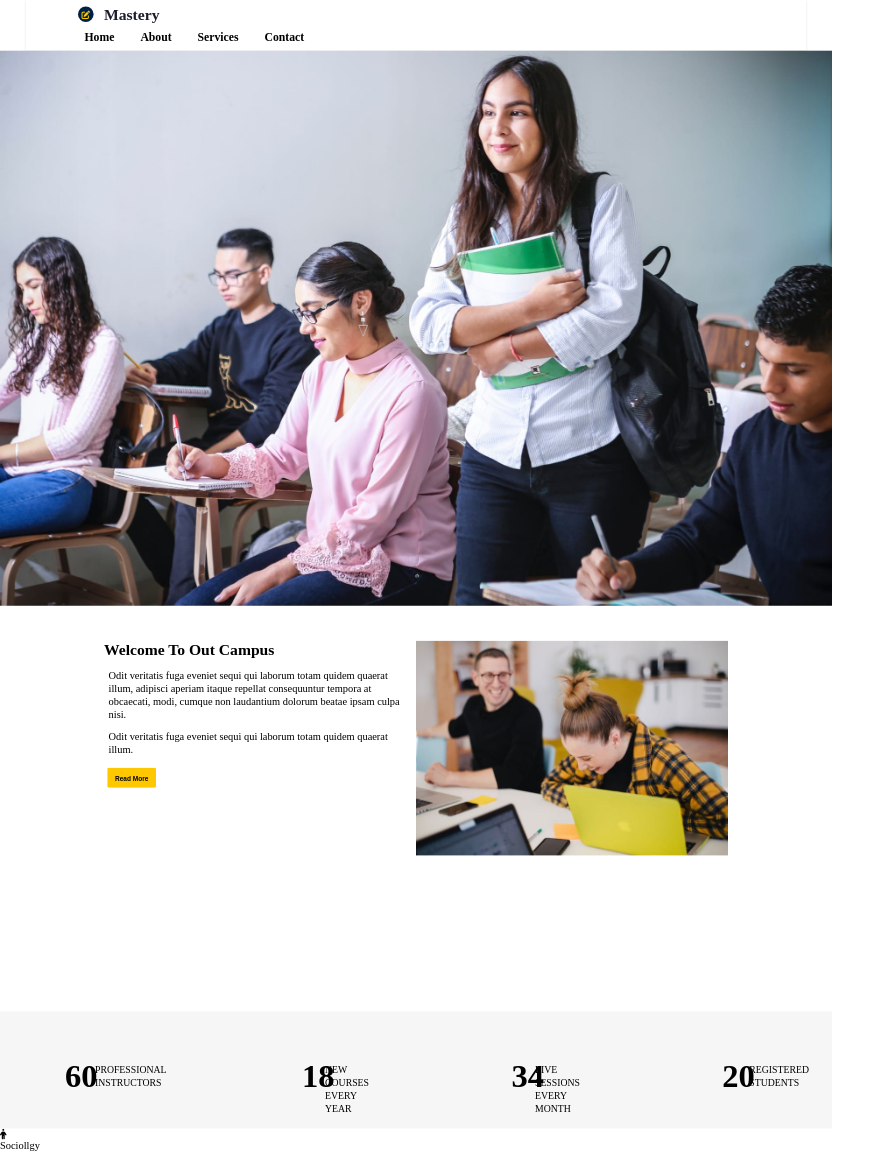
Repository: trminhphuc1504/Mastery
Page: index.html
An editor plug-in stored every save of this project. The page is shown before and after the next save, followed by the edit.
The browser window is 1280 px wide. The page is 1358 px wide, so the pictures cover 1358 px, including what lies to the right of the window. The pictures show the whole page, at 65% of full size.
Some web libraries are served in a nearby version.

Above is the page before, as saved 2024-08-24 12:46:43.

### index.html
<!DOCTYPE html>
<html lang="en">
  <head>
    <meta charset="UTF-8" />
    <meta http-equiv="X-UA-Compatible" content="IE=edge" />
    <meta name="viewport" content="width=device-width, initial-scale=1.0" />

    <!-- Font Awesome -->
    <link
      rel="stylesheet"
      href="https://cdnjs.cloudflare.com/ajax/libs/font-awesome/6.6.0/css/all.min.css"
    />

    <link rel="stylesheet" href="./css/style.css" />
    <title>Mastery</title>
  </head>
  <body>
    <!-- Header -->
    <section id="header">
      <div class="container">
        <header>
          <div class="header-logo">
            <a href="#" class="logo">
              <i class="fa-solid fa-pen-to-square"> </i>
              <span class="header-title">Mastery</span>
            </a>
          </div>

          <nav class="header-nav">
            <ul>
              <li>
                <a href="#">Home</a>
              </li>
              <li>
                <a href="#">About</a>
              </li>
              <li>
                <a href="#">Services</a>
              </li>
              <li>
                <a href="#">Contact</a>
              </li>
            </ul>
          </nav>
        </header>
      </div>
    </section>

    <!-- poster -->
    <section id="poster">
      <div class="poster-img">
        <img src="./images/2.jpg" alt="poster" />
      </div>
    </section>

    <!-- banner -->

    <section id="banner">
      <div class="banner-content">
        <div class="banner-container">
          <div class="banner-item">
            <div id="left">
              <h2 class="banner-title">Welcome To Out Campus</h2>
              <p class="banner-desc">
                Odit veritatis fuga eveniet sequi qui laborum totam quidem
                quaerat illum, adipisci aperiam itaque repellat consequuntur
                tempora at obcaecati, modi, cumque non laudantium dolorum beatae
                ipsam culpa nisi.
              </p>
              <p>
                Odit veritatis fuga eveniet sequi qui laborum totam quidem
                quaerat illum.
              </p>
              <div class="banner-button">
                <button class="banner-btn"><b> Read More </b></button>
              </div>
            </div>
            <div id="right">
              <img src="./images/g1.jpg" alt="banner" />
            </div>
          </div>
        </div>
        <!-- <div class="banner-button">
          <button class="banner-btn"><b> Read More </b></button>
        </div> -->
        <!-- <div id="right">
          <img src="./images/g1.jpg" alt="banner" />
        </div> -->
      </div>
    </section>

    <!-- content -->
    <section id="content">
      <div class="content-container">
        <div class="content-content">
          <div class="content-item">
            <h3>60</h3>
            <p>Professional Instructors</p>
          </div>
          <div class="content-item">
            <h3>18</h3>
            <p>New Courses Every Year</p>
          </div>
          <div class="content-item">
            <h3>34</h3>
            <p>Live Sessions Every Month</p>
          </div>
          <div class="content-item">
            <h3>20</h3>
            <p>Registered Students</p>
          </div>
        </div>
      </div>
    </section>

    <section id="banner">
      <div class="banner-container">
        <div class="banner-content">
          <div class="banner-items">
            <i class="fa-solid fa-person"></i>
            <p>Sociollgy</p>
          </div>
        </div>
      </div>
    </section>
  </body>
</html>

### css/style.css
* {
    margin: 0;
    padding: 0;
    box-sizing: border-box;
}

a{
    text-decoration: none;
}

.container{
    max-width: 1200px;
    margin: auto;
}



/* header .header-logo{
    background-color:pink;
    padding: 20px ;
} */

/* Header */

header{
    background-color:white;
    padding: 10px 0;
    box-shadow: 0 2px 4px rgba(0, 0, 0, 0.1);
}

.header-logo{
    display: flex;
    align-items:center;
    margin-left: 80px;
    margin-bottom: 10px;
}

.logo{
    font-size:24px;
    text-decoration: none;
    text-align: center;

}

.logo i{
    width: 24px;
    height: 24px;
    margin-right: 10px;
    line-height: 24px;
    border-radius:50%;
    background-color:#002146;
    font-size: 13px;
    vertical-align: top;
    color:#FDC800;
    display: inline-block;
}


.header-nav ul{
    list-style: none;
    display: flex;
    gap: 40px;
    display: flex;
    align-items: center;
    margin-left:90px;
}


.logo .header-title{
    color:#1B1D2D;
    font-weight: 700;
}


.header-nav ul li a{
    font-size:18px;
    color:#000;
    font-weight: 600;
}

/* Poster */
.poster-img img{
    width:100%;
}

/* Banner */
.banner-content .banner-container{
    margin:auto;
    width:75%;
    padding-top: 50px;
    padding-bottom: 120px;
}

 .banner-content .banner-container .banner-item #left{
    float:left;
    width: 50%;
}

 /* .banner-content .banner-container{
    padding-top: 50px;
} */

.banner-content .banner-container .banner-item #right{
    float:right;
    width: 50%;
}

 .banner-content .banner-container .banner-item #right img{
    width: 100%;
}

.banner-content .banner-container .banner-item #left .banner-title{
    padding-bottom: 10px;
}

/* .banner-content .banner-container .banner-item #left .banner-title .banner-desc p{
    margin-bottom: 30px;
    margin-top: 20px;
} */

#left p{
    padding: 7px;
    line-height: 20px;
    /* margin-top: px; */
}



.banner-button .banner-btn{
    background-color:#FDC800;
    padding: 5px 10px;
    font-weight: 400;
    font-size: 15px;
    outline: none;
    border:2px solid transparent;
    margin: 10px 5px;
    border-radius:5%;
}

.banner-button .banner-btn b{
    font-size: 10px;
}


/* Content */
#content {
    margin-top: 450px;
    background-color: #F6F6F6;
    height: 180px;
}

.content-container .content-content{
    display: flex;
    --number-item:4
    --gap:50px
    gap: var(--gap);
    /* gap:50px; */
}

.content-content .content-item{
    display: flex;
    gap:5px;
    padding: 70px 100px;
    width: calc((100% - calc(var(--number-item) - 1) * var(--gap)) / var(--number-item));
}



.content-content .content-item h3{
    font-size: 50px;
    width: 25%;
}

.content-content .content-item p{
    text-transform: uppercase;
    font-size: 15px;
    padding-top: 10px;
    width: 50%;
    font-weight: 500;
    line-height: 20px;
}

After the next save:
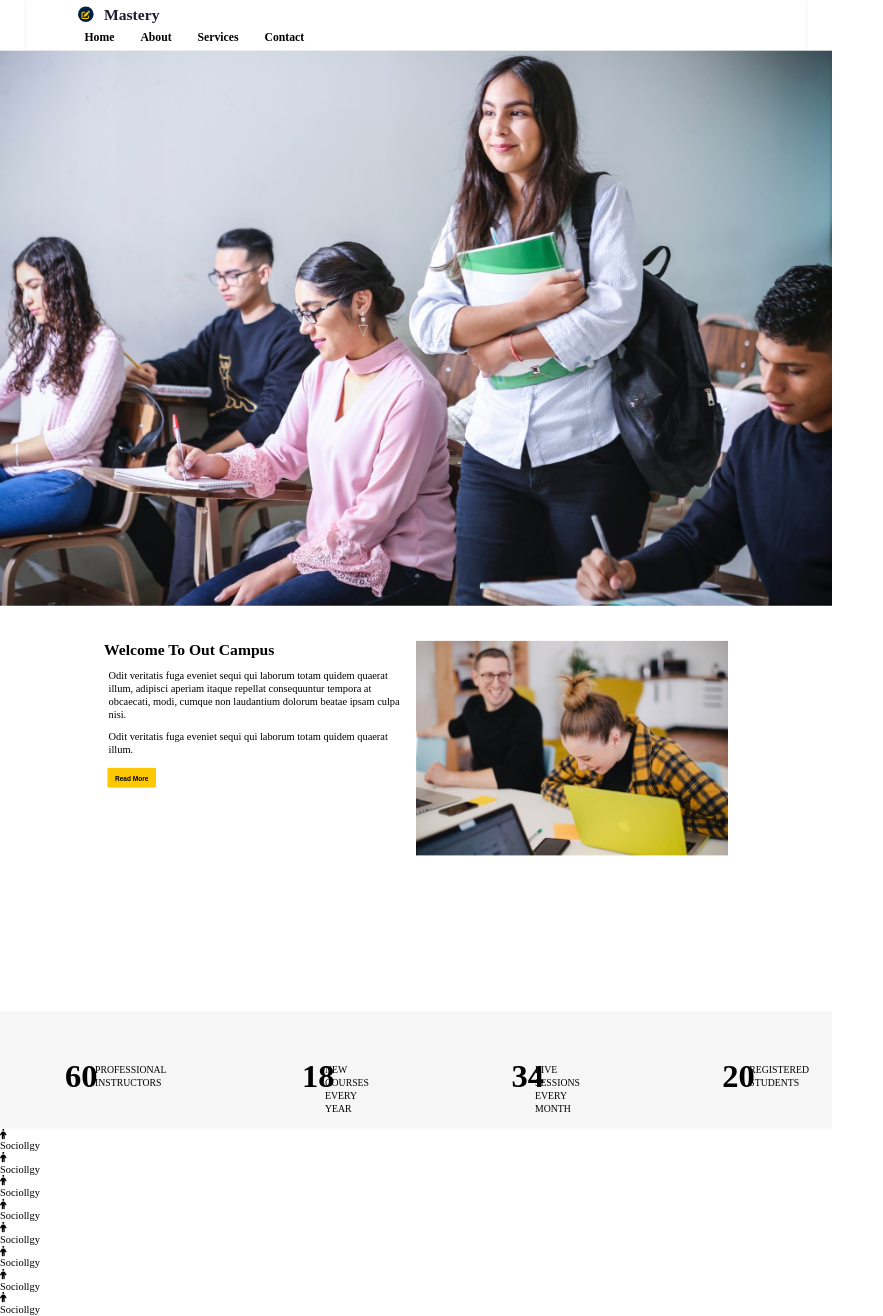
Saved 15 s later.
--- a/index.html
+++ b/index.html
@@ -120,6 +120,34 @@
             <i class="fa-solid fa-person"></i>
             <p>Sociollgy</p>
           </div>
+          <div class="banner-items">
+            <i class="fa-solid fa-person"></i>
+            <p>Sociollgy</p>
+          </div>
+          <div class="banner-items">
+            <i class="fa-solid fa-person"></i>
+            <p>Sociollgy</p>
+          </div>
+          <div class="banner-items">
+            <i class="fa-solid fa-person"></i>
+            <p>Sociollgy</p>
+          </div>
+          <div class="banner-items">
+            <i class="fa-solid fa-person"></i>
+            <p>Sociollgy</p>
+          </div>
+          <div class="banner-items">
+            <i class="fa-solid fa-person"></i>
+            <p>Sociollgy</p>
+          </div>
+          <div class="banner-items">
+            <i class="fa-solid fa-person"></i>
+            <p>Sociollgy</p>
+          </div>
+          <div class="banner-items">
+            <i class="fa-solid fa-person"></i>
+            <p>Sociollgy</p>
+          </div>
         </div>
       </div>
     </section>
